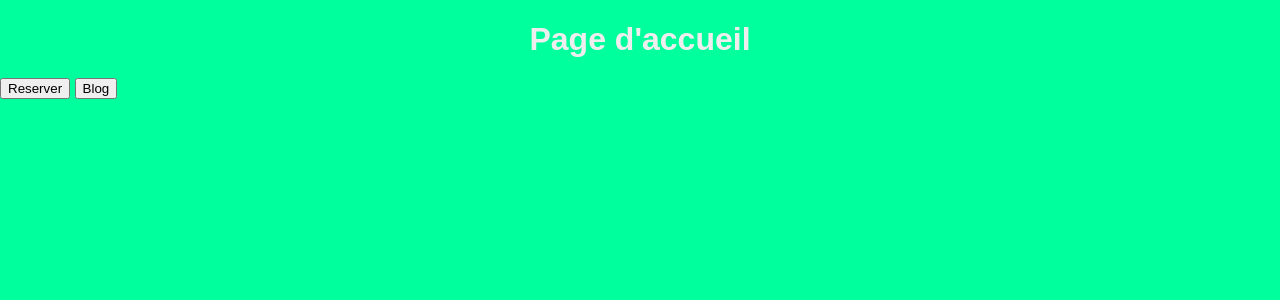
Repository: Crosnierpaul/Les_Rangers_de_Pouvoir
Page: http://localhost/
The author's editor kept a copy of each file at every save. The page is drawn from the files as they stood at one save, then again after the next save.
The browser window is 1280 px wide. The pictures show the whole page.
The page is served by the project's Node server (server.js).

Above is the page before, as saved 2024-04-25 16:05:48.

After the next save:
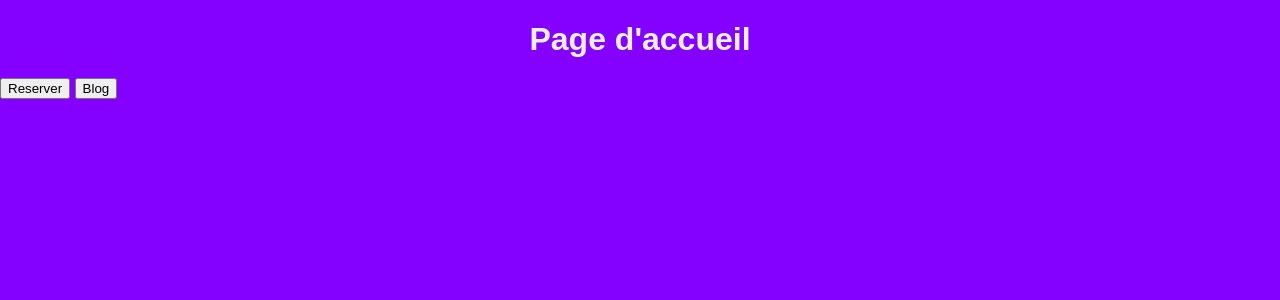
Saved 16 s later.
--- a/site/public/css/style.css
+++ b/site/public/css/style.css
@@ -2,7 +2,7 @@
     font-family: Arial, sans-serif;
     margin: 20px;
     padding: 0;
-    background-color: #00ff9d;
+    background-color: #8400ff;
 }
 
 h1, h2 {
